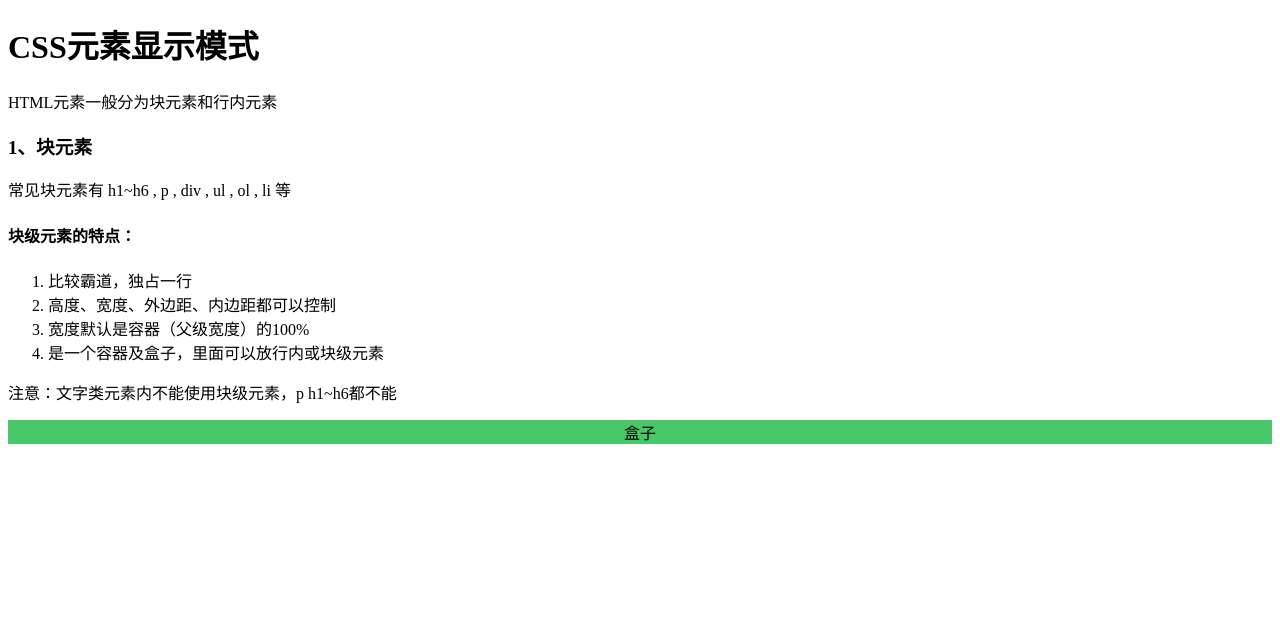
Repository: zhengdeya/web-based
Page: 20-CSS元素显示模式.html
An editor plug-in stored every save of this project. The page is shown before and after the next save, followed by the edit.
The browser window is 1280 px wide. The pictures show the whole page.

Above is the page before, as saved 2021-03-29 11:07:22.

### 20-CSS元素显示模式.html
<!DOCTYPE html>
<html lang="en">

<head>
    <meta charset="UTF-8">
    <meta http-equiv="X-UA-Compatible" content="IE=edge">
    <meta name="viewport" content="width=device-width, initial-scale=1.0">
    <title>CSS元素显示模式</title>
    <style>
        .box {
            text-align: center;
            background-color: rgb(72, 199, 104);
        }
    </style>
</head>

<body>
    <h1>CSS元素显示模式</h1>
    <p>HTML元素一般分为块元素和行内元素</p>
    <h3>1、块元素</h3>
    <p>常见块元素有 h1~h6 , p , div , ul , ol , li 等 </p>
    <h4>块级元素的特点：</h4>
    <ol>
        <li>比较霸道，独占一行</li>
        <li>高度、宽度、外边距、内边距都可以控制</li>
        <li>宽度默认是容器（父级宽度）的100%</li>
        <li>是一个容器及盒子，里面可以放行内或块级元素</li>
    </ol>
    <p>注意：文字类元素内不能使用块级元素，p h1~h6都不能</p>
    <div class="box">盒子</div>
</body>

</html>

After the next save:
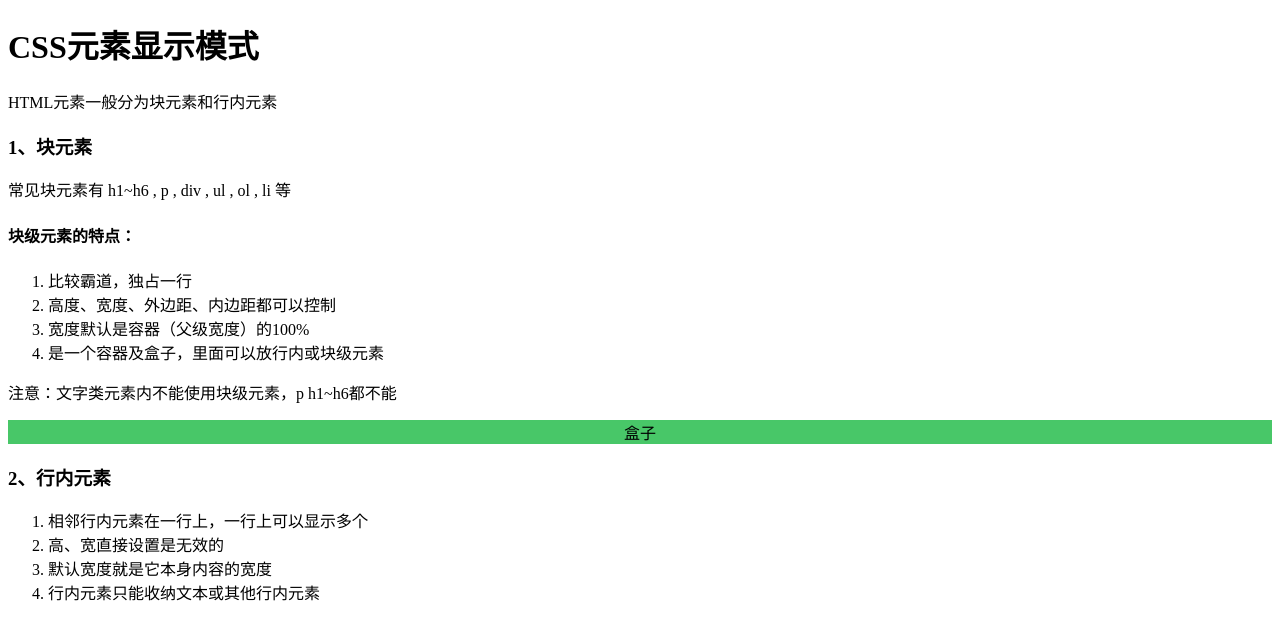
Saved 4 min 25 s later.
--- a/20-CSS元素显示模式.html
+++ b/20-CSS元素显示模式.html
@@ -28,6 +28,14 @@
     </ol>
     <p>注意：文字类元素内不能使用块级元素，p h1~h6都不能</p>
     <div class="box">盒子</div>
+
+    <h3>2、行内元素</h3>
+    <ol>
+        <li>相邻行内元素在一行上，一行上可以显示多个</li>
+        <li>高、宽直接设置是无效的</li>
+        <li>默认宽度就是它本身内容的宽度</li>
+        <li>行内元素只能收纳文本或其他行内元素</li>
+    </ol>
 </body>
 
 </html>
